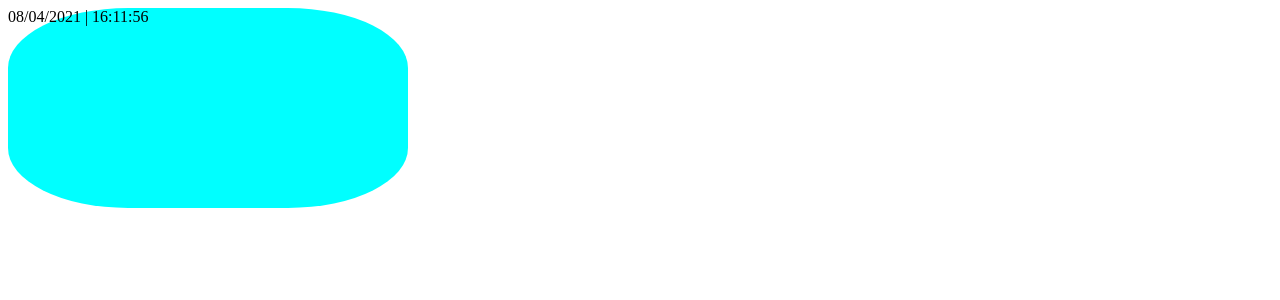
Repository: Widzisz/zadania-JavaScript
Page: www/index.html
These files come from the project's save history. The page is drawn as it stood at one moment and after a run of saves; the edit follows.
The browser window is 1280 px wide. The pictures show the whole page.

Above is the page before, as saved 2021-04-08 18:29:56.

### www/index.html
<!DOCTYPE HTML>
<html lang="pl">

<head>
	<meta charset="utf-8" />
	<link rel="stylesheet" href="main.css">
	<title>Odliczanie czasu</title>

	<script type="text/javascript" src="timer.js">
	</script>

</head>

<body onload="timer()">

	<div class="container">
		<div id="zegar"></div>
	</div>

	<script type="text/javascript">
	</script>

</body>

</html>

### www/main.css
#zegar {
    height: 200px;
    width: 400px;
    border-radius: 30%;
    background-color: aqua;
}

### www/timer.js







function timer() {
	let today = new Date();

	let day = today.getDate();
	if (day < 10) {
		day = "0" + day;
	}
	let month = today.getMonth() + 1;
	if (month < 10) {
		month = "0" + month;
	}
	let year = today.getFullYear();

	let hours = today.getHours();
	if (hours < 10) {
		hours = "0" + hours;
	}
	let minutes = today.getMinutes();
	if (minutes < 10) {
		minutes = "0" + minutes;
	}
	let seconds = today.getSeconds();
	if (seconds < 10) {
		seconds = "0" + seconds;
	}

	document.getElementById("zegar").innerHTML = day + "/" + month + "/" + year
		+ " " + "|" + " " + hours + ":" + minutes + ":" + seconds;

	setTimeout("timer()", 1000);
}


























































// function odliczanie() {
// 	var dzisiaj = new Date();

// 	var dzien = dzisiaj.getDate();
// 	var miesiac = dzisiaj.getMonth() + 1;
// 	var rok = dzisiaj.getFullYear();

// 	var godzina = dzisiaj.getHours();
// 	if (godzina < 10) godzina = "0" + godzina;

// 	var minuta = dzisiaj.getMinutes();
// 	if (minuta < 10) minuta = "0" + minuta;

// 	var sekunda = dzisiaj.getSeconds();
// 	if (sekunda < 10) sekunda = "0" + sekunda;

// 	document.getElementById("zegar").innerHTML =
// 		dzien + "/" + miesiac + "/" + rok + " | " + godzina + ":" + minuta + ":" + sekunda;

// 	setTimeout("odliczanie()", 1000);
// }

After the next 3 saves:
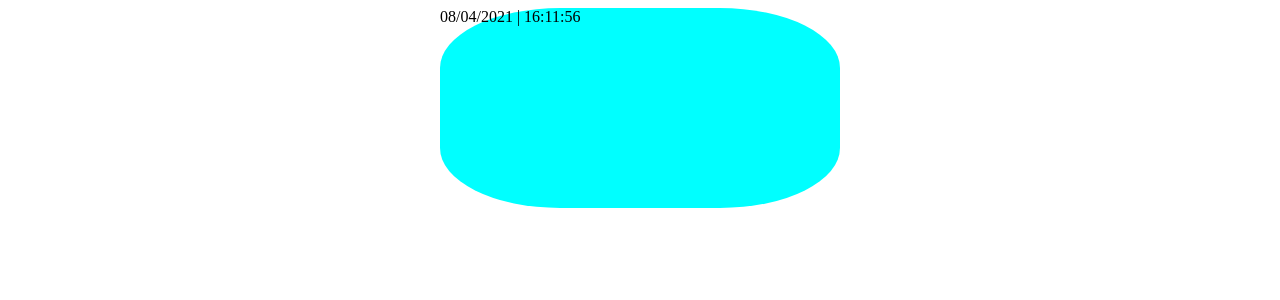
The 3 saves are shown as one change because they came seconds apart.
The last was saved 4 s later.
--- a/www/main.css
+++ b/www/main.css
@@ -1,6 +1,12 @@
+.container {
+  display: flex;
+  justify-content: center;
+  align-items: center;
+}
+
 #zegar {
-    height: 200px;
-    width: 400px;
-    border-radius: 30%;
-    background-color: aqua;
+  height: 200px;
+  width: 400px;
+  border-radius: 30%;
+  background-color: aqua;
 }
